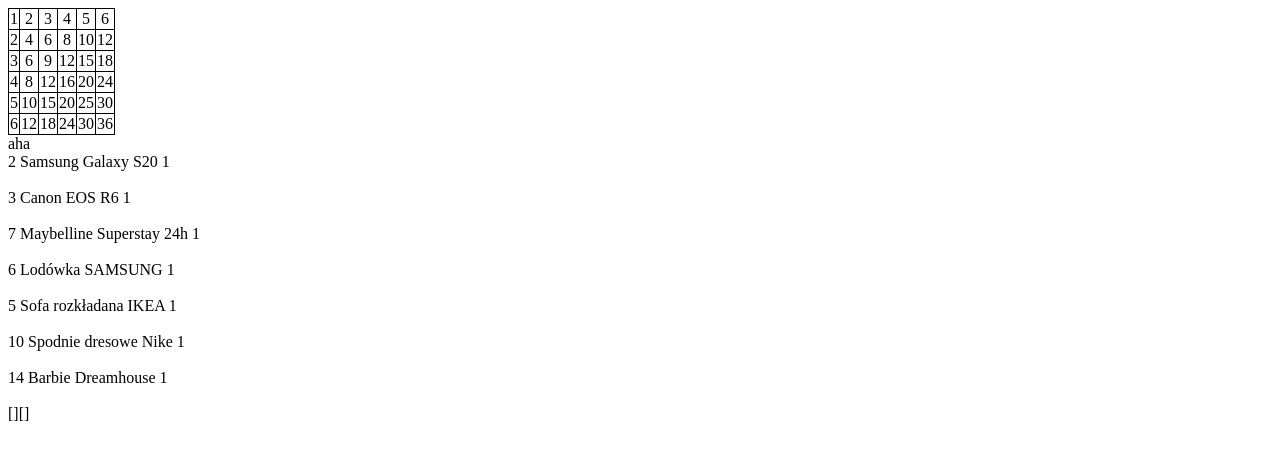
Repository: alphatra/Task-menager
Page: http://localhost/php/src/views/test.php
The author's editor kept a copy of each file at every save. The page is drawn from the files as they stood at one save, then again after the next save.
The browser window is 1280 px wide. The pictures show the whole page.
The page is run by PHP 8.4 with error messages shown; the project is at /var/www/html/. Queries for data that is not in the repository find no rows.

Above is the page before, as saved 2023-02-11 16:56:13.

### php/src/views/test.php
<!DOCTYPE html>
<html lang="en">
<head>
    <meta charset="UTF-8">
    <meta http-equiv="X-UA-Compatible" content="IE=edge">
    <meta name="viewport" content="width=device-width, initial-scale=1.0">
    <title>Document</title>
</head>
<body>
    <script>

        let tabliczka = (a,b) =>{
            console.log(a,b);
            //pętla for do tworzenia tablczki mnozenia
            let table = document.createElement("table");
            table = document.body.appendChild(table);
            for(let i = 1; i <= a; i++){
                let row = document.createElement("tr");
                for(let j = 1; j <= b; j++){
                    let col = document.createElement("td");
                    col.innerHTML = i*j;
                    row.appendChild(col);
                }
                table.appendChild(row);
            }
        }
        tabliczka(6,6)
    </script>
    <style>
        table,tr,td{
            border: 1px solid black;
            border-collapse: collapse;
            text-align: center;
        }
    </style>
</body>
</html>
<?php
$prod = '{
    "list_name": "aha",
    "end_date": "2023-02-04",
    "products": {
        "product_id": [
            2,
            3,
            7,
            6,
            5,
            10,
            14
        ],
        "product_title": [
            "Samsung Galaxy S20",
            "Canon EOS R6",
            "Maybelline Superstay 24h",
            "Lodówka SAMSUNG",
            "Sofa rozkładana IKEA",
            "Spodnie dresowe Nike",
            "Barbie Dreamhouse"
        ],
        "qty": [
            1,
            1,
            1,
            1,
            1,
            1,
            1
        ]
    }
}';
require_once('../model/CRUD.php');
$db = new db();
$prod = json_decode($prod);
$products = $prod->products;
echo $prod->list_name."<br>";
foreach($products->product_id as $key => $value){
    echo $products->product_id[$key]." ".$products->product_title[$key]." ".$products->qty[$key]."<br>";
    //listname!!!
    //$db->createListItems($products->qty[$key], $prod->list_name, $products->product_id[$key]);
    echo "<br>";
}


//echo $db->getMaxId('list')."<br>";
//echo $db->searchData($_tablename="list_items",$search="");
//echo $db->createListItems($qty=1,$list_name=$prod->list_name,$id_product=13);
//echo $db->createList($prod->list_name, $prod->end_date);
//echo $db->getIdList($prod->list_name);

echo $db->getData('products');
echo $db->searchData('list','','');
?>

### php/src/model/CRUD.php
<?php
class db{
    private $conn;
    public $servername;
    public $username;
    public $password;
    public $database;
    public $tablename;

    public function __construct($host="db", $database="mydb",
                                $username="root", $password="root"){
        $this->host = $host;
        $this->database = $database;
        $this->username = $username;
        $this->password = $password;

        try {
            // Tworzenie połączenia
            $this->conn = new mysqli($host, $username, $password, $database);
        } catch (Exception $e) {
            // Sprawdzanie połączenia
            die("Connection failed: " . mysqli_connect_error());

        }

        return $this->conn;
    }

    // Wyświetlanie list z bazy danych
    public function getData($tablename){
        $this->tablename = $tablename;
        $query = "SELECT * FROM $this->tablename";
        $result = mysqli_query($this->conn, $query);
        $result = mysqli_fetch_all($result, MYSQLI_ASSOC);

        return json_encode($result);
    }

    // Wyświetlanie list z bazy danych wraz z wyszukiwaniem
    public function searchData($tablename, $search, $category){
        $this->tablename = $tablename;
        $this->search = $search;
        $this->category = $category;
        if($tablename == 'products'){
            $query = "SELECT * FROM $this->tablename WHERE product_name LIKE '$this->search%'";
            if($category != ''){
                $query .= " AND category_id = $this->category";
            }
        }else{
            $query = "SELECT * FROM $this->tablename WHERE name LIKE '$this->search%'";
            if($category != ''){
                $query .= " AND category_id = $this->category";
            }
        }
        $result = mysqli_query($this->conn, $query);
        $result = mysqli_fetch_all($result, MYSQLI_ASSOC);

        return json_encode($result);
    }
    /*
    public function searchData($tablename="", $search=""){
        $this->tablename = "list";
        $this->search = "{$search}%";
        $query = "SELECT * FROM $this->tablename WHERE name LIKE ?";
        $stmt = $this->conn->prepare($query);
        $stmt->bind_param("s",$search);
        $stmt->execute();
        $result = $stmt->get_result();

        return json_encode($result->fetch_all(MYSQLI_ASSOC));
    }
    */

    // Dodawanie produktów do bazy danych
    public function createProduct($Param){
        $product_name = $Param[0];
        $product_description = $Param[1];
        $product_image = $Param[2];
        $category_id = $Param[3];
        $query = "INSERT INTO products (product_name, product_description, product_image, category_id)
                    VALUES ('{$product_name}', '{$product_description}', '{$product_image}', '{$category_id}')";

        mysqli_query($this->conn, $query);
    }

    public function fetchData($Data){
        $this->Data = $Data;
        $decoded_json = json_decode($Data, true);
        $product_name = $decoded_json['product_name'];
        $product_description = $decoded_json['product_description'];
        $product_image = $decoded_json['product_image'];
        $category_id = $decoded_json['category_id'];
        return [$product_name, $product_description, $product_image, $category_id];
    }

    public function getMaxId($tablename){
        $this->tablename = $tablename;
        $query = "SELECT MAX( id ) AS `Max_Id` FROM $this->tablename";
        $result = mysqli_query($this->conn, $query);
        $result = mysqli_fetch_all($result, MYSQLI_ASSOC);
        $result = $result[0]['Max_Id'];

        return $result + 1;
    }

    public function getIdList($list_name){
        $this->list_name = $list_name;
        $query = "SELECT id FROM list WHERE name = '$this->list_name'";
        $result = mysqli_query($this->conn, $query);
        $result = mysqli_fetch_all($result, MYSQLI_ASSOC);
        $result = $result[0]['id'];

        return $result;
    }

    public function createList($list_name, $end_date){
        $id = $this->getMaxId('list');
        $this->list_name = $list_name;
        $created_date = date("Y-m-d h:i:s");
        $this->end_date = $end_date;
        $query = "INSERT INTO list (id, name, created_date, end_date) VALUES ('{$id}','{$list_name}','{$created_date}','{$end_date}')";
        mysqli_query($this->conn, $query);
        return $query;
    }

    public function createListItems($qty,$list_name,$id_product){
        $id = $this->getMaxId('list_items');
        $this->qty = $qty;
        $this->list_name = $list_name;
        $list_name = $this->getIdList($list_name);
        $this->id_product = $id_product;

        $query = "INSERT INTO list_items (id, quantity, list_id, id_product) VALUES ('{$id}', '{$this->qty}', '{$list_name}', '{$this->id_product}')";
        mysqli_query($this->conn, $query);
        return $query;
    }

    public function addPrivateItem($item_key, $item_name, $item_category){
        $this->item_key = $item_key;
        $this->item_name = $item_name;
        $this->item_category = $item_category;

        $query = "INSERT INTO private_items (item_key, item_name) VALUES ('{$item_key}', '{$item_name}', '{$item_category}')";
        mysqli_query($this->conn, $query);
        return $query;
    }
}
?>

After the next save:
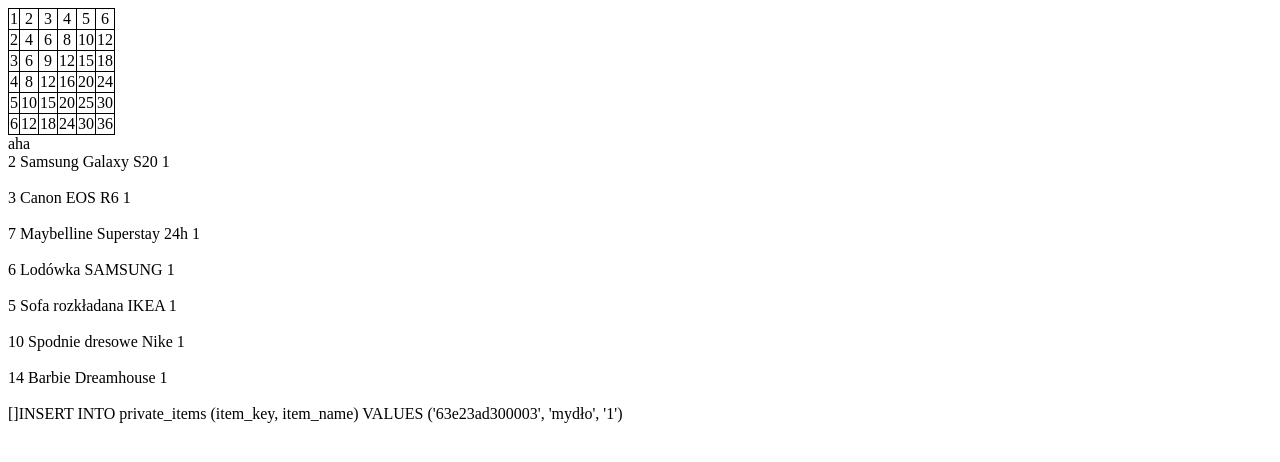
Saved 52 s later.
--- a/php/src/views/test.php
+++ b/php/src/views/test.php
@@ -89,5 +89,7 @@
 //echo $db->getIdList($prod->list_name);
 
 echo $db->getData('products');
-echo $db->searchData('list','','');
+//echo $db->searchData('list','','');
+
+echo $db->addPrivateItem(uniqid(),'mydło',1);
 ?>
